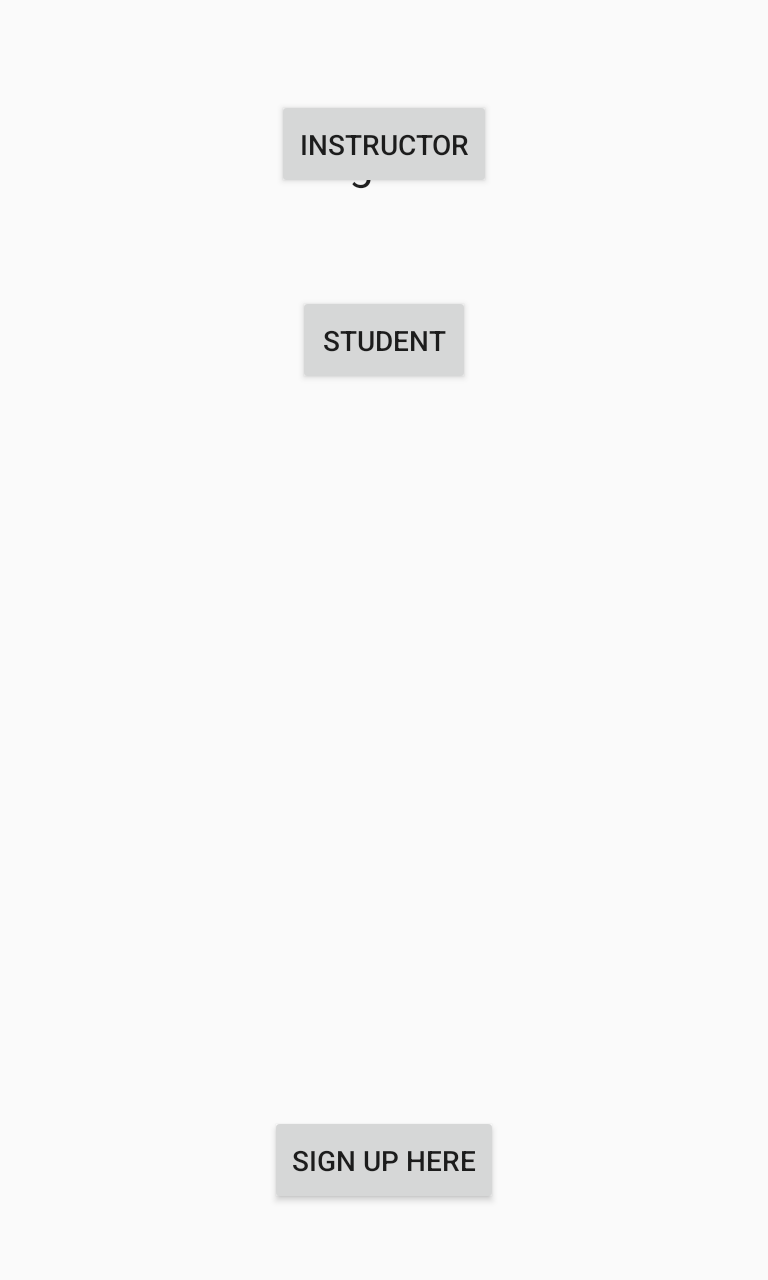
Repository: shuktika12163/ReWise
Layout: ReWise/res/layout/activity_main_login.xml
These files come from the project's save history. The layout is drawn as it stood at one moment and after the next save; the edit follows.
It is drawn on a 768 x 1280 px phone screen (xhdpi) without system bars, with theme AppTheme; the app's code is not run.

Above is the layout before, as saved 2014-10-29 13:43:58.

After the next save:
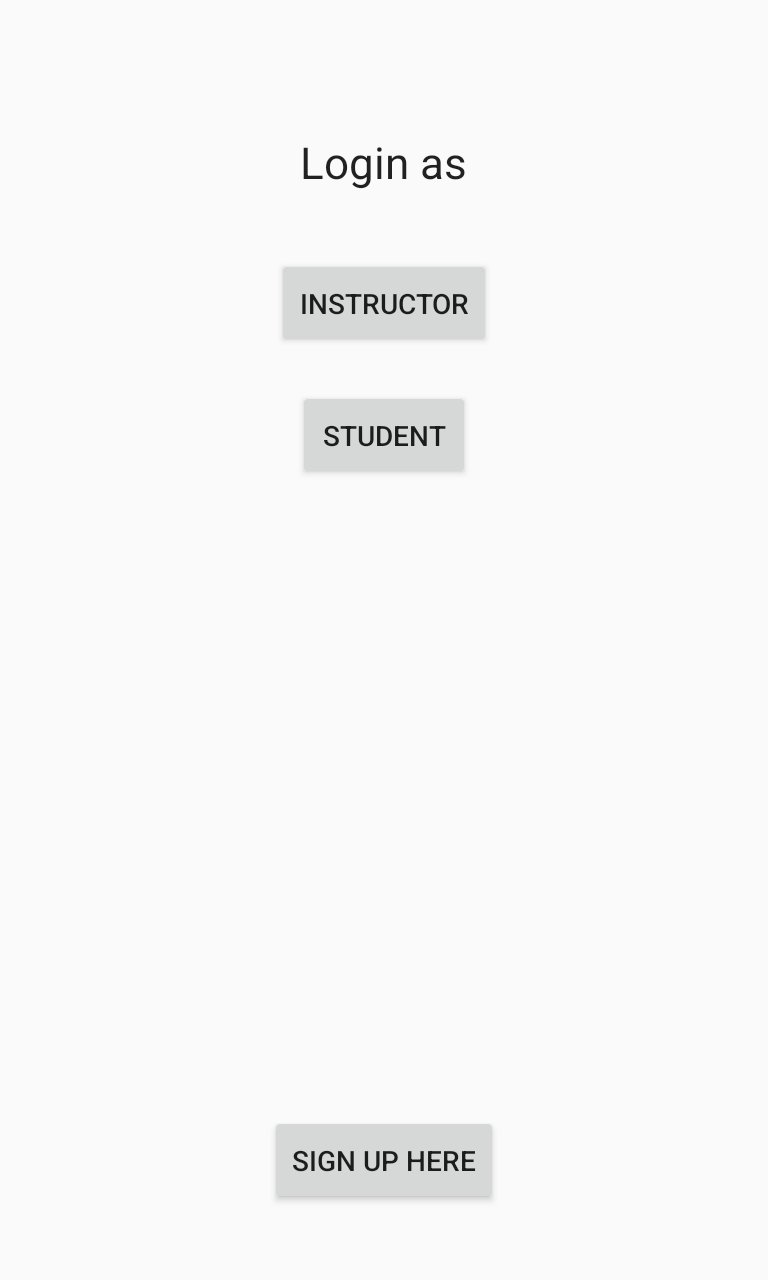
Saved 112 s later.
--- a/ReWise/res/layout/activity_main_login.xml
+++ b/ReWise/res/layout/activity_main_login.xml
@@ -31,7 +31,7 @@
         android:id="@+id/btn_instr_login"
         android:layout_width="wrap_content"
         android:layout_height="wrap_content"
-        android:layout_below="@+id/textView1"
+        android:layout_below="@+id/tv_login"
         android:layout_centerHorizontal="true"
         android:layout_marginTop="32dp"
         android:text="Instructor" />
@@ -40,9 +40,9 @@
         android:id="@+id/btn_stu_login"
         android:layout_width="wrap_content"
         android:layout_height="wrap_content"
+        android:layout_centerHorizontal="true"
         android:layout_below="@+id/btn_instr_login"
-        android:layout_centerHorizontal="true"
-        android:layout_marginTop="50dp"
+        android:layout_marginTop="18dp"
         android:text="Student" />
 
 </RelativeLayout>
